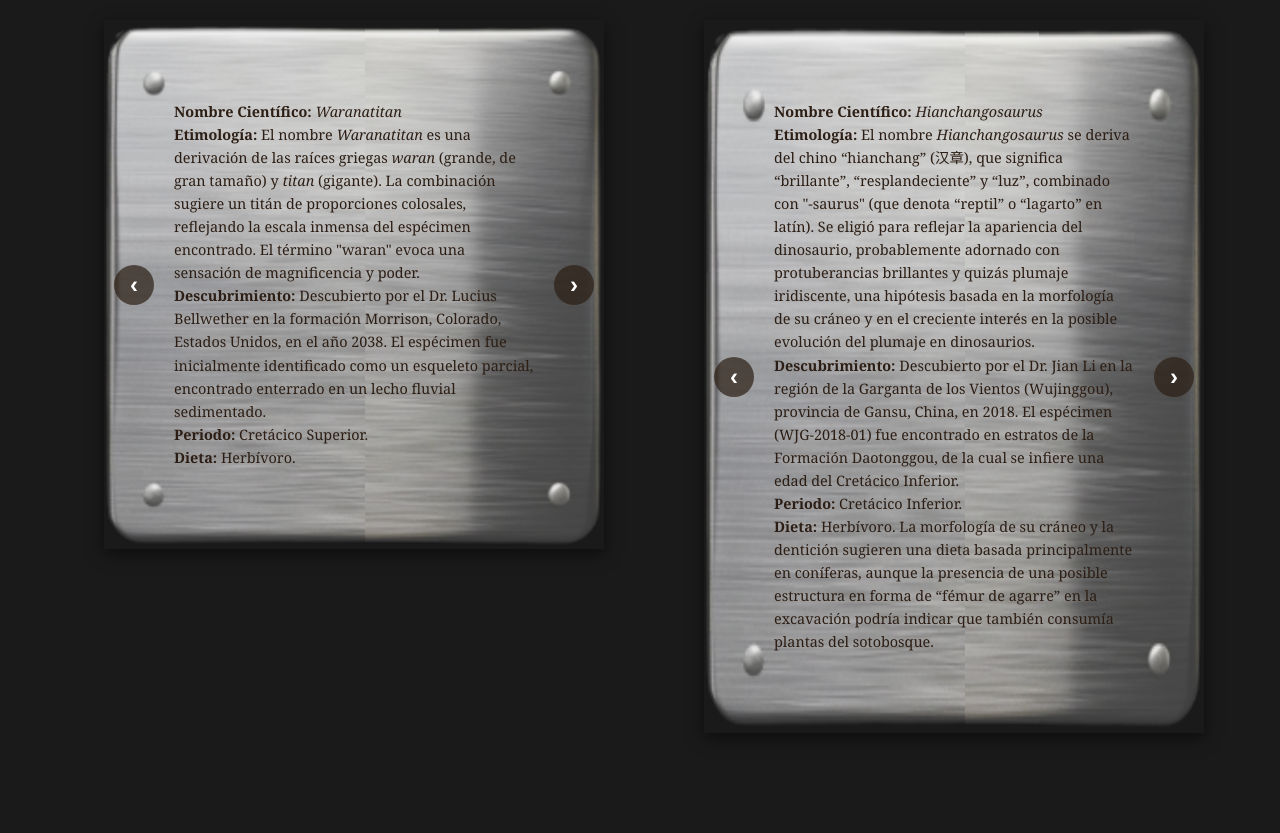
Repository: FormalIngenieroniel/YapperSaurusMuseum
Page: templates/index.html
The author's editor kept a record of every edit. The page is drawn from the files as they stood at one moment, then again after the next edit.
The browser window is 1280 px wide. The pictures show the part of the page from y = 1437 to 2270 px (the page is 11150 px tall before and 11495 px after).
Pictures or frames that could not be fetched are drawn as grey boxes.

Above is the page before.

### templates/index.html
<!DOCTYPE html>
<html lang="es">
<head>
    <meta charset="UTF-8">
    <meta name="viewport" content="width=device-width, initial-scale=1.0">
    <title>Museo de Dinosaurios</title>
    <link rel="stylesheet" href="./static/style.css">
    <link rel="preconnect" href="https://fonts.googleapis.com">
    <link rel="preconnect" href="https://fonts.gstatic.com" crossorigin>
    <link href="https://fonts.googleapis.com/css2?family=Cinzel:wght@400..900&display=swap" rel="stylesheet">
</head>
<body>

    <button id="menu-toggle-btn" class="menu-toggle" aria-label="Abrir menú">
        <span></span>
        <span></span>
        <span></span>
    </button>

    <nav id="main-menu" class="main-menu">
        <ul>
            <li>
                <div id="controls-container">
                    <button id="generar-dino-btn">Generar Nuevo Espécimen</button>
                    <div id="loading-indicator" class="hidden">
                        <img src="./static/Marcos/loading_dino.png" alt="Descubriendo espécimen...">
                        <span>¡Descubriendo un nuevo espécimen!</span>
                    </div>
                </div>
            </li>
            <li>
                <button id="show-model-info-btn">Descripción del Modelo</button>
            </li>
        </ul>
    </nav>

    <div id="modal-overlay" class="modal-overlay hidden">
        <div id="model-info-modal" class="modal-content">
            <button id="close-modal-btn" class="close-modal" aria-label="Cerrar ventana">&times;</button>
            <h2>Informe del Modelo de Generación</h2>
            <div id="modal-content-area">
                </div>
        </div>
    </div>
    <div id="chat-overlay" class="modal-overlay hidden">
        <div id="chat-modal" class="modal-content">
            <button id="close-chat-btn" class="close-modal" aria-label="Cerrar chat">&times;</button>
            <h2 id="chat-title">Hablando con...</h2>
            <div id="chat-history">
                <div class="chat-message bot">
                    <p>¡Hola! Soy un <span id="dino-chat-name" style="font-weight: bold;">dinosaurio</span>. ¿Qué te gustaría saber sobre mí?</p>
                </div>
            </div>
            <div id="chat-input-container">
                <textarea id="chat-user-input" placeholder="Escribe tu pregunta aquí..." rows="2"></textarea>
                <button id="chat-send-btn">Enviar</button>
            </div>
        </div>
    </div>

    <div class="fondo-paralax"></div>

    <h1>Museo de Dinosaurios</h1>

    <div class="museo-container">

        <div class="dino-exhibit">
            <div class="dino-cuadro">
                <img src="./static/Carpetanosaurio rex/Waranatitan.png" alt="Waranatitan" class="dino-img">
                <img src="" alt="Marco" class="dino-marco">
            </div>
            <div class="dino-placa">
                </div>
        </div>

        <div class="dino-exhibit">
            <div class="dino-cuadro">
                <img src="./static/Carpetanosaurio rex/Hianchangosaurus.png" alt="Hianchangosaurus" class="dino-img">
                <img src="" alt="Marco" class="dino-marco">
            </div>
            <div class="dino-placa">
            </div>
        </div>
        <div class="dino-exhibit">
            <div class="dino-cuadro">
                <img src="./static/Carpetanosaurio rex/Danodon.png" alt="Danodon" class="dino-img">
                <img src="" alt="Marco" class="dino-marco">
            </div>
            <div class="dino-placa">
            </div>
        </div>

        <div class="dino-exhibit">
            <div class="dino-cuadro">
                <img src="./static/Carpetanosaurio rex/Siamensaurus.png" alt="Siamensaurus" class="dino-img">
                <img src="" alt="Marco" class="dino-marco">
            </div>
            <div class="dino-placa">
            </div>
        </div>

        <div class="dino-exhibit">
            <div class="dino-cuadro">
                <img src="./static/Carpetanosaurio rex/Ligantosaurus.png" alt="Ligantosaurus" class="dino-img">
                <img src="" alt="Marco" class="dino-marco">
            </div>
            <div class="dino-placa">
            </div>
        </div>

        <div class="dino-exhibit">
            <div class="dino-cuadro">
                <img src="./static/Carpetanosaurio rex/Nonosaurus.png" alt="Nonosaurus" class="dino-img">
                <img src="" alt="Marco" class="dino-marco">
            </div>
            <div class="dino-placa">
            </div>
        </div>

        <div class="dino-exhibit">
            <div class="dino-cuadro">
                <img src="./static/Carpetanosaurio rex/Protogosaurus.png" alt="Protogosaurus" class="dino-img">
                <img src="" alt="Marco" class="dino-marco">
            </div>
            <div class="dino-placa">
            </div>
        </div>

        <div class="dino-exhibit">
            <div class="dino-cuadro">
                <img src="./static/Carpetanosaurio rex/Yundanosaurus.png" alt="Yundanosaurus" class="dino-img">
                <img src="" alt="Marco" class="dino-marco">
            </div>
            <div class="dino-placa">
            </div>
        </div>

        <div class="dino-exhibit">
            <div class="dino-cuadro">
                <img src="./static/Carpetanosaurio rex/Rapalasaurus.png" alt="Rapalasaurus" class="dino-img">
                <img src="" alt="Marco" class="dino-marco">
            </div>
            <div class="dino-placa">
            </div>
        </div>

        <div class="dino-exhibit">
            <div class="dino-cuadro">
                <img src="./static/Carpetanosaurio rex/Stenosaurus.png" alt="Stenosaurus" class="dino-img">
                <img src="" alt="Marco" class="dino-marco">
            </div>
            <div class="dino-placa">
            </div>
        </div>
    </div>
    <script src="./static/script.js"></script>
</body>
</html>

### static/style.css
/* --- Variables Globales y Reseteo --- */
:root {
    --dino-img-size: 260px;
    --marco-borde-size: 120px;
    --color-fondo: #1a1a1a;
    --color-texto-placa: #2c1e14;
    --color-luz-foco: rgba(255, 223, 150, 0.75);
    --color-titulo: #f0f0f0;
}

* {
    margin: 0;
    padding: 0;
    box-sizing: border-box;
}

body {
    font-family: 'Georgia', serif;
    background-color: var(--color-fondo);
    color: var(--color-titulo);
    overflow-x: hidden;
}

h1 {
    text-align: center;
    margin: 40px 0;
    font-size: 3rem;
    font-weight: normal;
    color: var(--color-titulo);
    text-shadow: 2px 2px 8px rgba(0,0,0,0.8);
    position: relative;
    z-index: 10;
    letter-spacing: 2px;
}

.fondo-paralax {
    background-image: url('./Marcos/fondo.png');
    background-size: cover;
    background-position: center center;
    position: fixed;
    z-index: -1;
    top: -50px;
    left: -50px;
    right: -50px;
    bottom: -50px;
}

.museo-container {
    display: grid;
    grid-template-columns: repeat(2, 1fr);
    grid-template-rows: repeat(5, auto);
    gap: 100px;
    padding: 40px;
    width: 90%;
    max-width: 15000px;
    margin: 0 auto;
    position: relative;
    z-index: 5;
}

.dino-exhibit {
    display: flex;
    flex-direction: column;
    align-items: center;
    cursor: pointer;
    transition: transform 0.4s ease-out, opacity 0.4s ease-out;
}

.museo-container:hover .dino-exhibit {
    opacity: 0.5;
    transform: scale(0.98);
}

.museo-container .dino-exhibit:hover {
    opacity: 1;
    transform: scale(1.05);
}

.dino-cuadro {
    position: relative;
    width: calc(var(--dino-img-size) + 2 * var(--marco-borde-size));
    height: calc(var(--dino-img-size) + 2 * var(--marco-borde-size));
    margin-bottom: 20px;
    transition: filter 0.4s ease-out;
}

.dino-exhibit:hover .dino-cuadro {
    filter: drop-shadow(0 0 20px var(--color-luz-foco));
}

.dino-img {
    width: var(--dino-img-size);
    height: var(--dino-img-size);
    object-fit: cover;
    position: absolute;
    top: 50%;
    left: 50%;
    transform: translate(-50%, -50%);
    z-index: 1;
    box-shadow: 0 10px 20px rgba(0,0,0,0.6);
    border-radius: 4px;
}

.dino-marco {
    width: 100%;
    height: 100%;
    position: absolute;
    top: 0;
    left: 0;
    z-index: 2;
    pointer-events: none;
}

/* === NUEVO: ESTILOS DEL SLICER DE PLACAS === */

/* 1. Contenedor Principal del Slicer */
/* Ocupa el espacio de la placa original y oculta el contenido que se desborda */
.placa-slicer-container {
    position: relative;
    width: 100%;
    max-width: 500px;
    overflow: hidden; /* ¡La clave! Oculta la segunda placa */
    box-shadow: 0 5px 15px rgba(0,0,0,0.5);
    transition: height 0.6s cubic-bezier(0.86, 0, 0.07, 1);
}

/* 2. El Wrapper que se desliza */
/* Es el doble de ancho que el contenedor para albergar las dos placas */
.placa-wrapper {
    display: flex;
    width: 200%; /* 100% para cada una de las dos placas */
    /* Animación suave para el deslizamiento */
    transition: transform 0.6s cubic-bezier(0.86, 0, 0.07, 1);
    align-items: flex-start;
}

/* 3. Clase que activa el deslizamiento */
.placa-wrapper.slide-active {
    transform: translateX(-50%); /* Mueve el wrapper a la izquierda */
}

/* 4. Estilo de cada Placa dentro del Slicer */
.dino-placa {
    width: 50%;
    flex-shrink: 0;
    background-image: url('./Marcos/placatexto.png');
    background-size: 100% 100%;
    background-repeat: no-repeat;

    /* AJUSTE 1: Aumenta el padding para crear el margen interior */
    /* Puedes ajustar el '60px' si necesitas más o menos espacio lateral */
    padding: 80px 70px;

    text-align: left;
    color: var(--color-texto-placa);
    font-size: 0.9rem;
    line-height: 1.6;

    /* AJUSTE 2: Añade estas 3 líneas para centrar el contenido */
    display: flex;
    flex-direction: column;
    justify-content: center; /* ¡Esta es la clave para el centrado vertical! */
}

/* 5. Estilo de las Flechas de Navegación */
.slicer-arrow {
    position: absolute;
    top: 50%;
    transform: translateY(-50%);
    z-index: 20;
    background-color: rgba(44, 30, 20, 0.7);
    color: white;
    border: none;
    border-radius: 50%;
    width: 40px;
    height: 40px;
    font-size: 24px;
    font-weight: bold;
    cursor: pointer;
    display: flex;
    align-items: center;
    justify-content: center;
    transition: background-color 0.3s ease, transform 0.3s ease;
}

.slicer-arrow:hover {
    background-color: rgba(44, 30, 20, 1);
    transform: translateY(-50%) scale(1.1);
}

.slicer-arrow.prev {
    left: 10px;
}

.slicer-arrow.next {
    right: 10px;
}

Loaded but not shown: static/dino_descriptions.json (17 lines, source omitted); static/script.js (460 lines, source omitted)

After the next edit:
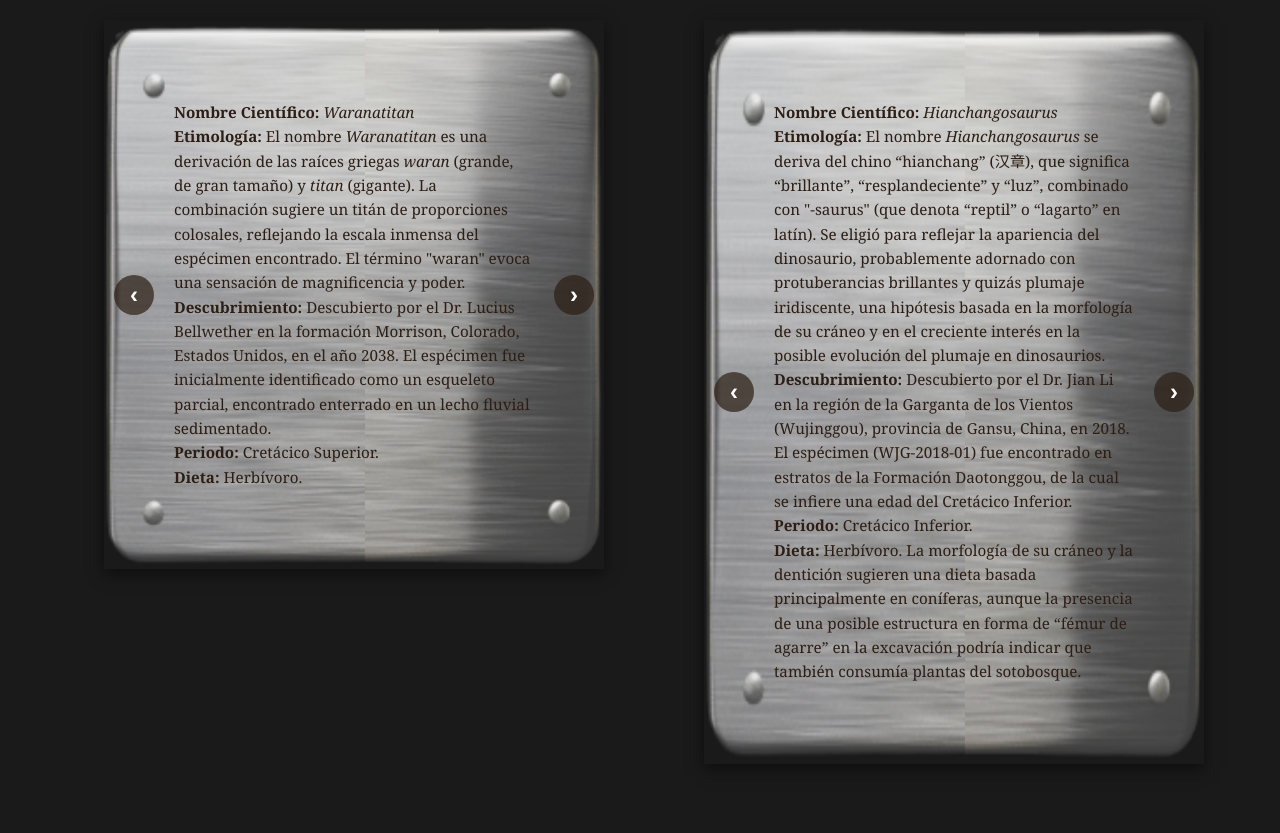
The edit:
--- a/static/style.css
+++ b/static/style.css
@@ -153,7 +153,7 @@
 
     text-align: left;
     color: var(--color-texto-placa);
-    font-size: 0.9rem;
+    font-size: 0.95rem;
     line-height: 1.6;
 
     /* AJUSTE 2: Añade estas 3 líneas para centrar el contenido */
